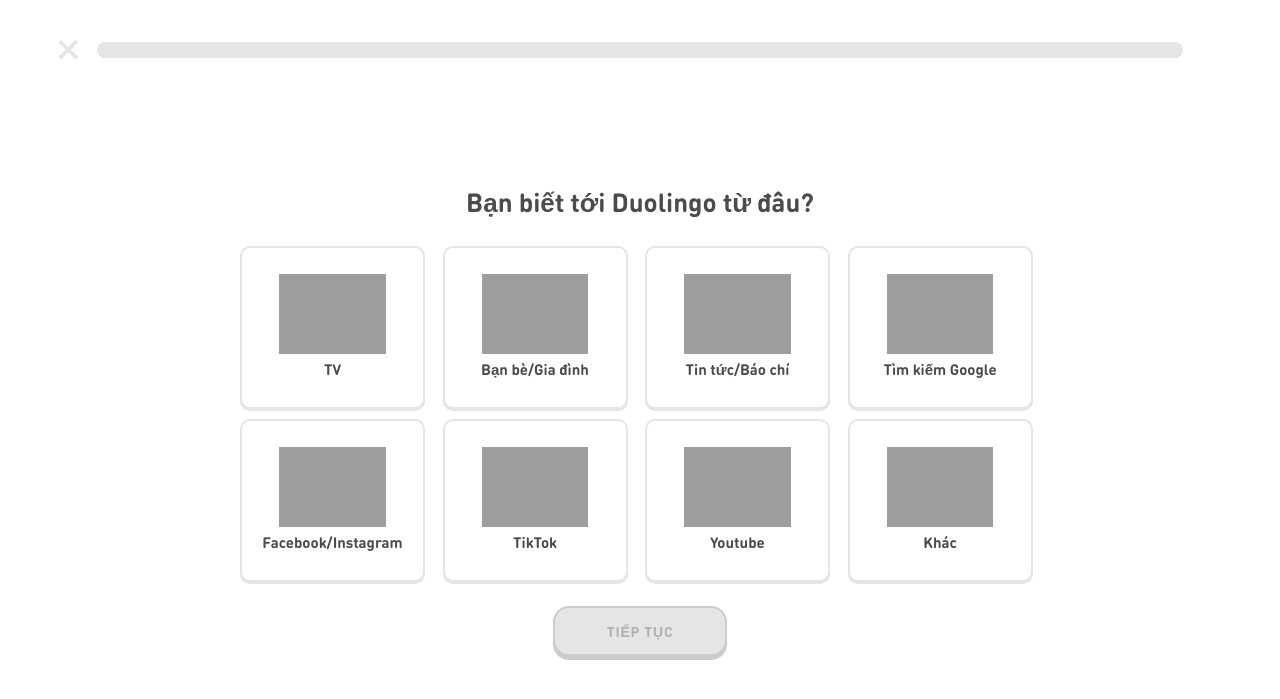
Repository: kauittt/duolingo-little
Page: learn.html
An editor plug-in stored every save of this project. The page is shown before and after the next save, followed by the edit.
The browser window is 1280 px wide. The pictures show the whole page.
Pictures or frames that could not be fetched are drawn as grey boxes. Some web libraries are served in a nearby version.

Above is the page before, as saved 2023-04-13 14:42:29.

### learn.html
<!DOCTYPE html>
<html lang="en">
    <head>
        <meta charset="UTF-8" />
        <meta http-equiv="X-UA-Compatible" content="IE=edge" />
        <meta name="viewport" content="width=device-width, initial-scale=1.0" />
        <title>Duolingo Little</title>

        <!--! favicon -->
        <link rel="icon" type="image/x-icon" href="./assets/img/logo.png" />

        <!--! Font Awesome  -->
        <link rel="preconnect" href="https://cdnjs.cloudflare.com" />
        <link
            rel="stylesheet"
            href="https://cdnjs.cloudflare.com/ajax/libs/font-awesome/6.3.0/css/all.min.css"
        />

        <!--! CSS -->
        <link rel="stylesheet" href="./assets/css/reset.css" />
        <link rel="stylesheet" href="./assets/fonts/stylesheet.css" />
        <link rel="stylesheet" href="./assets/css/stytes.css" />
        <link rel="stylesheet" href="./assets/css/survey.css" />
    </head>
    <body>
        <div class="main">
            <div class="survey">
                <div class="survey-progress">
                    <div class="survey-progress__bar">
                        <i class="fa-solid fa-xmark"></i>
                    </div>
                </div>

                <div class="survey-content">
                    <h2 class="survey-content__heading"></h2>

                    <div class="survey-content-grid"></div>
                    <div class="btn">Tiếp tục</div>
                </div>
            </div>
        </div>
        <script src="./assets/js/survey.js"></script>
    </body>
</html>

### assets/fonts/stylesheet.css
@font-face {
    font-family: "DINRoundPro";
    src: url("din round/DINRoundPro-Bold.woff2") format("woff2"),
        url("din round/DINRoundPro-Bold.woff") format("woff");
    font-weight: bold;
    font-style: normal;
    font-display: swap;
}

@font-face {
    font-family: "DINRoundPro";
    src: url("din round/DINRoundPro-Black.woff2") format("woff2"),
        url("din round/DINRoundPro-Black.woff") format("woff");
    font-weight: 900;
    font-style: normal;
    font-display: swap;
}

@font-face {
    font-family: "DINRoundPro";
    src: url("din round/DINRoundPro.woff2") format("woff2"),
        url("din round/DINRoundPro.woff") format("woff");
    font-weight: normal;
    font-style: normal;
    font-display: swap;
}

@font-face {
    font-family: "DINRoundPro";
    src: url("din round/DINRoundPro-Light.woff2") format("woff2"),
        url("din round/DINRoundPro-Light.woff") format("woff");
    font-weight: 300;
    font-style: normal;
    font-display: swap;
}

@font-face {
    font-family: "DINRoundPro-Medi";
    src: url("din round/DINRoundPro-Medi.woff2") format("woff2"),
        url("din round/DINRoundPro-Medi.woff") format("woff");
    font-weight: 500;
    font-style: normal;
    font-display: swap;
}

### assets/css/stytes.css
* {
    box-sizing: border-box;
    font-family: "DINRoundPro", sans-serif;
}

html {
    font-size: 62.5%;
    /* font-family: din-round, sans-serif; */
    scroll-behavior: smooth;
}

:root {
    --text-color: #777777;
    --heading-color: #4b4b4b;
    --main-color: #58cc02;
    --bgr-color: rgba(35, 83, 144);
    --link-color: rgb(28, 176, 246);
    --bgr-star: url(https://d35aaqx5ub95lt.cloudfront.net/images/4986531ca822d48e57b4a18f40ff5172.svg);
}

body {
    font-size: 17px;
    font-weight: 500;
    font-family: "DINRoundPro", sans-serif;
    color: var(--text-color);
}
.lesson {
    /* display: none; */
}
/*! main */
.logo {
    width: 128px;
    height: 30px;
}
.header-logo {
    padding: 40px 0 30px 26px;
    padding: 34px 30px;
    /* width: 222px; */
    /* height: 50px; */
}
.header {
    width: 256px;
    height: 100vh;
    padding: 0 16px;
    border-right-style: solid;
    border-right-width: 1.6px;
    position: fixed;
    top: 0;
    border-color: rgb(229, 229, 229);
    background-color: rgb(255, 255, 255);
}
.header-menu {
    width: 222px;
    /* height: 250px; */
    padding-left: 12px;
    margin-top: -15px;
}
.menu-item,
.menu-item-active {
    width: 200px;
    height: 45px;
    margin-bottom: 8px;
}
/* Định dạng cho active */
.menu-item-active {
    background-color: #ddf4ff;
    border-radius: 12px;
    border-color: #84d8ff;
    margin-left: -1.6px;
    border-width: 1.6px;
    border-style: solid;
}
.menu-item-active .menu-text {
    color: #1cb0f6;
}
/* End */
.menu-item:hover {
    border-color: transparent;
    background-color: rgb(240, 240, 240);
    border-style: solid;
    border-width: 0;
    border-radius: 12px;
}
.menu-text {
    display: flex;
    margin-top: -25px;
    position: relative;
    margin-left: 60px;
    font-size: 15px;
    font-weight: 700;
    letter-spacing: 0.8px;
    text-transform: uppercase;
    color: #777;
}
.school-text {
    font-size: 15px;
    font-weight: 700;
    letter-spacing: 0.8px;
    text-transform: uppercase;
    color: #777;
    margin-left: 10px;
}
.item-icon {
    margin-top: 5px;
    margin-left: 10px;
    width: 32px;
    height: 32px;
}
.icon-school {
    margin-left: -70px;
    width: 32px;
    /* height: 30px; */
    line-height: 45px;
}
.menu-more::before {
    content: "";
    background-color: transparent;
    position: absolute;
    left: 180px;
    right: 0px;
    height: 25px;
    transform: translateY(20px);
}
.menu-more {
    width: 220px;
    height: 185px;
    border-style: solid;
    border-radius: 12px;
    border-width: 1.7px;
    margin-left: 210px;
    margin-top: -42px;
    border-color: rgb(229, 229, 229);
    background-color: rgb(255, 255, 255);
    display: none;
}
.more-ul li {
    font-size: 15px;
    font-weight: 700;
    letter-spacing: 0.8px;
    text-transform: uppercase;
    color: #777;
    /* margin-left: -41px; */
    /* margin-bottom: 8px; */
    padding-left: 20px;
    width: 219px;
    display: flex;
    /* border-radius: 8px; */
    /* justify-content: center; */
}
.more-ul li:hover {
    border-color: transparent;
    background-color: rgb(240, 240, 240);
    border-style: solid;
    border-width: 0;
}
a {
    text-decoration: none;
}
.more-ul {
    position: relative;
    line-height: 35px;
    list-style: none;
    text-decoration: none;
}
/* hover xem them */
.menu-item:hover .menu-more {
    display: block;
}
hr {
    display: block;
    margin-top: 9px;
    margin-left: 0px;
    width: 218px;
    border-width: 1px;
    border-color: rgb(229, 229, 229);
}
.more-ul-school {
    display: flex;
    justify-content: center;
    align-items: center;
    margin-top: 7px;
    margin-left: 0px;
    height: 45px;
    width: 218px;
    /* padding-left: 30px; */
}

.more-ul-school a {
    display: flex;
    justify-content: center;
    align-items: center;
}
/* hover school */
.more-ul-school:hover {
    border-color: transparent;
    background-color: rgb(240, 240, 240);
    border-style: solid;
    border-width: 0;
    border-radius: 1px;
}
/* CSS Phan giua */
/* Unit 1 */
.unit-1 {
    width: 590px;
    height: 700px;
    margin-left: 360px;
    border-width: 1px;
    margin-top: 20px;
}
.header-unit-1 {
    margin-top: 10px;
    height: 108px;
    background-color: #58cc02;
    border-radius: 13px;
    padding-left: 17px;
}
h1 {
    position: relative;
    font: sans-serif;
    font-size: 23px;
    padding-top: 21px;
    color: #fff;
    font-weight: 700;
}
p {
    font-size: 17px;
    color: #fff;
    font-weight: 500;
    margin-top: 20px;
}
.btn-guide {
    position: absolute;
    margin-left: 400px;
    margin-top: -54px;
    width: 157px;
    height: 52px;
    background-color: #58cc02;
    border: 2px solid rgba(0, 0, 0, 0.2);
    box-shadow: 0px 2px 0px rgba(0, 0, 0, 0.2);
    box-shadow: 0px 2px 0px rgba(0, 0, 0, 0.2);
    border-radius: 16px;
    cursor: pointer;
    transition: all 0.2s linear;
}
.btn-guide:hover {
    filter: brightness(1.1);
}
.btn-text {
    text-transform: uppercase;
    letter-spacing: 0.8px;
    color: #fff;
    cursor: pointer;
    position: relative;
    top: -7px;
    left: 5px;
    font-weight: 700;
}
.btn-guide-icon {
    margin-top: 5px;
}
.btn-lession {
    margin-left: 250px;
    margin-top: 5px;
    width: 98px;
    height: 98px;
    position: relative;
}
.btn-start {
    width: 98px;
    height: 98px;
}
.btn-start-border {
    text-align: center;
    background: #ffffff;
    border: 2px solid #e5e5e5;
    border-radius: 10px;
    width: 78px;
    height: 45px;
    position: relative;
    top: 17px;
    left: 7px;
}
.btn-start-text {
    position: relative;
    width: 52px;
    height: 17px;
    font-style: normal;
    font-weight: 700;
    font-size: 15px;
    letter-spacing: 0.8px;
    text-transform: uppercase;
    color: #58cc02;
    line-height: 45px;
}
/* Chỉnh nhỏ hình ảnh và di chuyển */
.btn-icon {
    width: 70px;
    height: 68px;
}
.btn-book {
    position: relative;
    margin-top: 48px;
    margin-left: 215px;
}
.btn-lock {
    margin-left: 185px;
    margin-top: 7px;
}
.btn-treasure {
    margin-left: 220px;
    margin-top: 25px;
}
.btn-book-2 {
    margin-left: 260px;
    margin-top: 7px;
}
.btn-cup {
    margin-left: 260px;
    margin-top: 10px;
}
.duo-gift {
    width: 110px;
    height: 120px;
    margin-top: -340px;
    margin-left: 380px;
}
.duo-gift-resize {
    height: 115px;
    width: 105px;
}
/* End */
/* Unit 2 */
.unit-2 {
    width: 590px;
    height: 700px;
    margin-left: 360px;
    border-width: 1px;
    margin-top: -20px;
}
.header-unit-2 {
    margin-top: 10px;
    height: 108px;
    background-color: #ce82ff;
    border-radius: 13px;
    padding-left: 17px;
}
.unit2 {
    background-color: #ce82ff;
}
.u2 {
    color: #1cb0f6;
    margin-left: 4px;
}
.girl-resize {
    width: 118px;
    height: 175px;
}
.girl-u2 {
    width: 120px;
    height: 175px;
    margin-top: -400px;
    margin-left: 40px;
}
.btn-jump {
    height: 60px;
    width: 70px;
    margin-top: 18px;
    margin-left: 12px;
}
/* Unit 3 */
.unit-3 {
    width: 590px;
    height: 700px;
    margin-left: 360px;
    border-width: 1px;
    margin-top: -20px;
}
.header-unit-3 {
    margin-top: 10px;
    height: 108px;
    background-color: #00cd9c;
    border-radius: 13px;
    padding-left: 17px;
}
.unit3 {
    background-color: #00cd9c;
}
.u3 {
    color: #00cd9c;
    margin-left: 4px;
}
/*Header right*/
.header-right {
    width: 368px;
    height: 2070px;
    position: relative;
    margin-top: -2090px;
    margin-left: 1000px;
}
.num {
    font-weight: 700;
    display: flex;
    align-items: center;
    color: #ff9600;
    font-size: 17px;
    line-height: 20px;
    margin-top: -25px;
    margin-left: 30px;
}
.ruby {
    position: absolute;
    top: 0;
    left: 90px;
}
.ruby-num {
    color: rgb(255, 75, 75);
}
.superduo-icon {
    width: 32px;
    height: 26px;
}
.superduo-text {
    font-weight: 700;
    font-size: 15px;
    line-height: 20px;
    color: #3f22ec;
    justify-content: center;
    position: relative;
    top: -5px;
    left: 10px;
}
.super-duo {
    position: absolute;
    top: 0;
    left: 170px;
}
.try-super {
    width: 365px;
    height: 243px;
    margin-top: 35px;
    background: #ffffff;
    border: 2px solid #e5e5e5;
    border-radius: 16px;
}
.try-super-img {
    width: 340px;
    height: 150px;
    margin-left: 20px;
}
.btn-trysuper-2w {
    width: 328px;
    height: 46px;
    margin-top: -70px;
    margin-left: 20px;
    background: #3c4dff;
    box-shadow: 0px 4px 0px #3f22ec;
    border-radius: 16px;
    transition: all 0.2s linear 0s;
}
.btn-trysuper-2w:hover {
    filter: brightness(1.3);
}
.btn-trysuper-2w-text {
    font-weight: 800;
    font-size: 13px;
    line-height: 18px;
    letter-spacing: 0.8px;
    text-transform: uppercase;
    color: #ffffff;
    position: relative;
    top: 15px;
    left: 90px;
}
.leaderboard {
    width: 365px;
    height: 173px;
    margin-top: 55px;
    background: #ffffff;
    border: 2px solid #e5e5e5;
    border-radius: 16px;
}
.leaderboard-header {
    position: absolute;

    font-weight: 700;
    font-size: 24px;
    line-height: 26px;
    color: #4b4b4b;
    margin-top: 26px;
    margin-left: 31px;
}
.lock-leaderboard-img {
    position: absolute;
    margin-top: 80px;
    margin-left: 40px;
}
.leaderboard-title {
    font-size: 17px;
    font-weight: 500;
    line-height: 25px;
    width: 204.68px;
    height: 50px;
    color: #777777;
    position: absolute;
    margin-top: 85px;
    margin-left: 116px;
}
.xp-progress {
    height: 400px;
    width: 365px;
    margin-top: 30px;
    background: #ffffff;
    border: 2px solid #e5e5e5;
    border-radius: 16px;
}
.xp-progress-header-text {
    width: 135px;
    height: 26px;

    font-style: normal;
    font-weight: 700;
    font-size: 24px;
    line-height: 26px;
    color: #4b4b4b;
    display: flex;
    margin-top: 20px;
    margin-left: 26px;
}
.edit-goal {
    font-weight: 700;
    font-size: 13px;
    line-height: 18px;
    letter-spacing: 0.8px;
    text-transform: uppercase;
    margin-left: 265px;
    color: #1cb0f6;
    position: relative;
    top: -22px;
}
.xp-treasure-img {
    margin-left: 25px;
}
.daily-goal-text {
    position: absolute;
    width: 85px;
    height: 25px;

    font-size: 17px;
    font-weight: 500;
    line-height: 25px;
    color: #777777;
    margin-top: 10px;
    margin-left: 14px;
}
.border-xp {
    width: 160.5px;
    height: 14px;
    background: #e5e5e5;
    border-radius: 7px;
    margin-left: 115px;
    margin-top: -32px;
    position: relative;
}
.sum-xp-text {
    width: 65px;
    height: 20px;

    font-weight: 500;
    font-size: 15px;
    position: absolute;
    color: #afafaf;
    left: 290px;
    margin-top: -15px;
}
.analytic-img {
    width: 320px;
    height: 220px;
    margin-left: 22px;
    margin-top: 40px;
}
.remove-ad {
    height: 335px;
    width: 365px;
    background: #ffffff;
    border: 2px solid #e5e5e5;
    border-radius: 16px;
    margin-top: 25px;
    background: #000437;
}
.remove-duo-img {
    position: absolute;
    margin-top: -337px;
    margin-left: 110px;
    width: 150px;
    height: 75px;
}
.remove-header {
    width: 235px;
    height: 30px;

    font-weight: 700;
    font-size: 24px;
    line-height: 26px;
    color: #fff;
    position: absolute;
    margin-top: -250px;
    margin-left: 80px;
}
.remove-title {
    width: 290px;
    height: 50px;

    font-weight: 500;
    font-size: 17px;
    line-height: 24px;
    color: rgba(255, 255, 255, 0.8);
    position: relative;
    top: -215px;
    left: 40px;
    display: flex;
    text-align: center;
}
.btn-trysuper-free {
    position: absolute;
    margin-top: -165px;
    margin-left: 25px;
    width: 320px;
    height: 46px;
    background: #ffffff;
    box-shadow: 0px 4px 0px rgba(255, 255, 255, 0.5);
    border-radius: 16px;
    transition: all 0.3s ease;
}

.btn-trysuper-free:hover {
    filter: brightness(0.9);
}
.btn-trysuper-free-text {
    width: 160px;
    height: 18px;

    font-weight: 700;
    font-size: 13px;
    line-height: 18px;
    text-align: center;
    letter-spacing: 0.8px;
    text-transform: uppercase;
    color: #000437;
    display: flex;
    margin-top: 15px;
    margin-left: 80px;
}
.btn-remove-ad {
    width: 165px;
    height: 20px;

    font-weight: 700;
    font-size: 13px;
    line-height: 20px;
    display: flex;
    margin-top: -90px;
    margin-left: 100px;
    letter-spacing: 1px;
    text-transform: uppercase;
    color: #ffffff;
}

### assets/css/survey.css
body {
    color: var(--heading-color);
}

:root {
    --basic-color: rgb(229, 229, 229);
}

.btn {
    /* width: calc(100% - 30px); */
    padding: 16px 51.5px;
    font-size: 14px;
    font-weight: 700;
    letter-spacing: 0.8px;
    text-align: center;
    text-transform: uppercase;
    color: rgb(175, 175, 175);
    background-color: rgb(229, 229, 229);
    box-shadow: 0 4px 0 #ccc;
    border: 2px solid #ccc;
    border-radius: 16px;
    transition: all 0.2s ease;
    margin-top: 24px;
}

.btn--primary:hover {
    filter: brightness(1.1);
    cursor: pointer;
}

.btn--primary {
    background-color: var(--main-color);
    box-shadow: 0 4px 0 rgb(88, 167, 0);
    border: 2px solid rgb(88, 167, 0);
    color: white;
}

.survey {
    display: flex;
    flex-direction: column;
}

.survey-progress {
    width: 100%;
    padding: 42px 0 24px;
}

.survey-progress__bar i {
    position: absolute;
    left: -40px;
    top: -7px;
    font-size: 30px;
    color: var(--basic-color);
    transition: all 0.2s ease;
}

.survey-progress__bar i:hover {
    cursor: pointer;
    filter: brightness(0.8);
}

.survey-progress__bar {
    position: relative;
    width: 1086px;
    max-width: calc(100% - 48px);
    height: 16px;
    margin: 0 auto;
    background-color: var(--basic-color);
    border-radius: 999px;
    transition: all 0.2s ease;
}

.survey-content {
    display: flex;
    justify-content: center;
    align-items: center;
    flex-direction: column;
    width: 800px;
    margin: 100px auto 0;
}

.survey-content__heading {
    font-size: 26px;
    line-height: 40px;
    font-weight: 700;
    margin-bottom: 24px;
}

.survey-content-grid {
    width: 100%;
    display: grid;
    grid-template-columns: repeat(auto-fit, minmax(250px, 1fr));
    grid-template-columns: repeat(4, minmax(0, 1fr));
    grid-gap: 10px;
}

.survey-content-item {
    display: flex;
    justify-content: center;
    align-items: center;
    flex-direction: column;
    width: 185px;
    height: 163px;
    padding: 24px;

    background-color: white;
    border: 2px solid rgb(229, 229, 229);
    border-radius: 10px;
    bottom: -2px;
    box-shadow: 0 2px 0 rgb(229, 229, 229);
    transition: all 0.1s ease;
    cursor: pointer;
}

.survey-content-item--selected {
    background-color: #ddf4ff;
    border: 2px solid rgb(132, 216, 255);
    box-shadow: 0 2px 0 rgb(132, 216, 255);
}

.survey-content-item:hover {
    filter: brightness(0.9);
}

.survey-content-item__img {
    width: 80%;
}

.survey-content-item__img img {
    height: 80px;
    width: 100%;
}

.survey-content-item-info {
    display: flex;
    justify-content: center;
    align-items: center;
    flex-direction: column;
}

.survey-content-item-info__heading {
    font-size: 15px;
    font-weight: 700;
    line-height: 26px;
    text-align: center;
}

.survey-content-item-info__desc {
    font-size: 17px;
    font-weight: 400;
    text-align: center;
    color: var(--text-color);
}

.survey-content-flex {
    display: flex;
    justify-content: center;
    align-items: center;
    flex-direction: column;
}

.survey-content-flex__signUp {
}

.survey-content-flex__logIn {
    box-shadow: 0 4px 0 #ccc;
    border: 2px solid #ccc;
}

.survey-content-flex__logIn:hover {
    cursor: pointer;
    filter: brightness(0.9);
}

a {
    text-decoration: none;
    display: block;
    color: white;
}

/*! MODAL */
.modal {
    background-color: rgba(0, 0, 0, 0.65);
    position: fixed;
    top: 0;
    right: 0;
    left: 0;
    bottom: 0;
    font-family: "DINRoundPro", sans-serif;
    z-index: 2;
    display: flex;
    justify-content: center;
    align-items: center;
    animation: modalShow 0.12s ease-in;
    transition: all 0.5s ease;
}

@keyframes modalShow {
    from {
        opacity: 0;
        visibility: hidden;
    }
    to {
        opacity: 1;
        visibility: visible;
    }
}

.modal-content {
    max-width: 470px;
    min-width: 470px;
    min-height: 430px;
    border-radius: 24px;
    background-color: #fff;
    padding: 30px;
    color: var(--text-color);
    font-size: 1.4rem;
}

.modal-content a {
    color: var(--heading-color);
}
.modal-content-name {
    display: flex;
    justify-content: space-between;
    align-items: center;
}

.modal-content-name__text {
    font-size: 25px;
    font-weight: 700;
    color: var(--heading-color);
}

.modal-content-name__icon {
    padding: 8px;
    color: var(--text-color);
    font-size: 3rem;
    cursor: pointer;
    transition: all 0.1s ease;
}

.modal-content-name__icon:hover {
    filter: brightness(0.8);
}

.modal-content-form {
    display: flex;
    flex-direction: column;
    margin: 30px 0;
    position: relative;
}

.modal-content-form::after {
    content: "";
    position: absolute;
    background-color: var(--text-color);

    width: 100%;
    height: 1px;
    border-radius: 50%;
    bottom: -20px;
}

.modal-content-form__input {
    /* font-family: "DINRoundPro", sans-s   erif; */
    border-radius: 8px;
    padding: 12px;
    margin-bottom: 24px;
    border: 2px #0f1b4c solid;
    font-size: 1.6rem;
}

.modal-content-form__forgot {
    text-align: center;
    transition: all 0.15s ease;
}

.modal-content-form__forgot:hover,
.modal-content-more__signUp:hover,
.modal-content-more__signIn:hover {
    color: var(--heading-color);
    font-weight: 600;
    transition: all 0.3s ease;
}

.modal-content-form__btn:hover {
    cursor: pointer;
}

.modal-content-form__btn {
    color: white;
    margin-top: 16px;
}

.modal-content-more {
    text-align: center;
    margin-top: 45px;
}

.modal-content-more__signUp,
.modal-content-more__signIn {
    transition: all 0.15s ease;
    padding: 14px;
}
.modal-content-form-check {
}

.modal-content-form-check__item {
    transition: all 0.25s ease;
    color: #e74c3c;
    padding: 5px 0;
    font-weight: 700;
}

.modal-content-form-check__item.valid {
    color: #07a787;
    color: var(--main-color);
}

.modal-content-form-email-check {
    position: absolute;
    right: 35px;
    top: 12px;
    display: flex;
}

.modal-content-form-email-check__item,
.modal-content-form-password-check__item {
    font-size: 2rem;
    position: absolute;
    opacity: 0;
    visibility: hidden;
    transition: all 0.25s ease;
}

.modal-content-form-email-check.error
    .modal-content-form-email-check__item--time {
    color: #e74c3c;
    opacity: 1;
    visibility: visible;
}

.modal-content-form-email-check.valid
    .modal-content-form-email-check__item--check,
.modal-content-form-password-check.valid
    .modal-content-form-password-check__item {
    color: #07a787;
    color: var(--main-color);
    opacity: 1;
    visibility: visible;
}

.modal-content-form-password-check {
    position: absolute;
    right: 35px;
    display: flex;
    top: 82px;
}

.password-eye {
    font-size: 2rem;
    position: absolute;
    top: 82px;
    right: 15px;
    cursor: pointer;
}
.modal-content-form__btn {
    color: white !important;
}

Loaded but not shown: assets/css/reset.css (common file); assets/js/survey.js (515 lines, source omitted); assets/js/learn.js (no stored copy; drawn as an empty file)

After the next save:
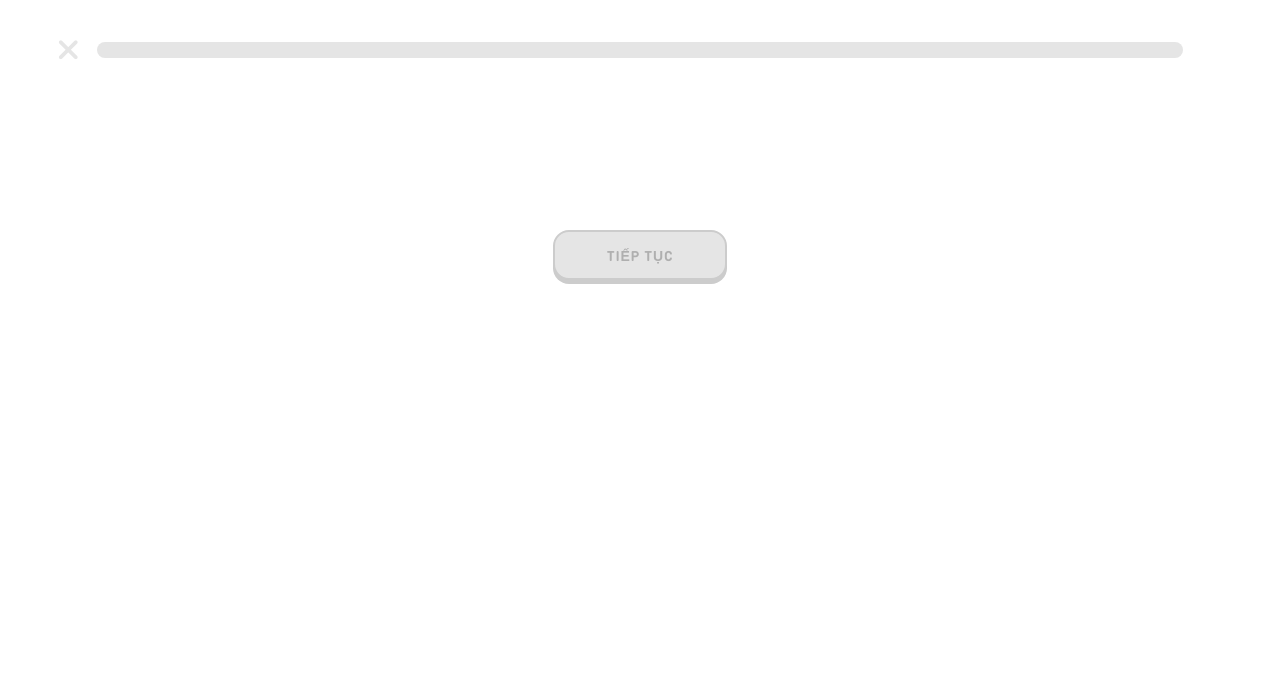
Saved 8 s later.
--- a/learn.html
+++ b/learn.html
@@ -39,6 +39,6 @@
                 </div>
             </div>
         </div>
-        <script src="./assets/js/survey.js"></script>
+        <script src="./assets/js/learn.js"></script>
     </body>
 </html>
